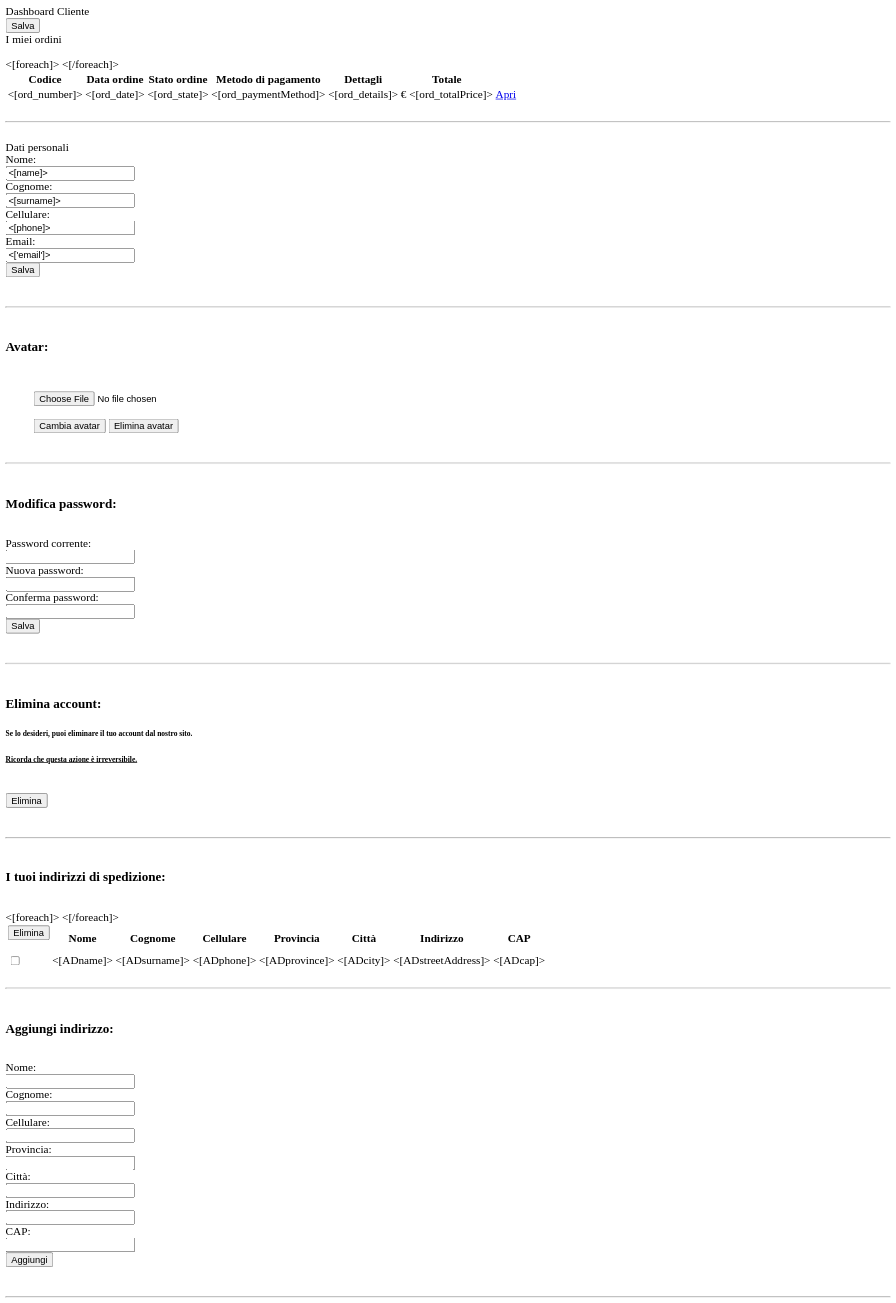
Repository: i4c0ni99/MotorShop
Page: skins/motor-html-package/motor/profile.html
These files come from the project's save history. The page is drawn as it stood at one moment and after the next save; the edit follows.
The browser window is 1280 px wide. The pictures show the whole page, at 70% of full size.

Above is the page before, as saved 2024-09-29 16:21:15.

### skins/motor-html-package/motor/profile.html
<div class="mv-site">
    <section class="main-banner mv-wrap">
        <section data-image-src="images/background/demo_bg_1920x1680.png" class="mv-banner-style-1 mv-bg-overlay-dark overlay-0-85 mv-parallax">
            <div class="page-name mv-caption-style-6">
                <div class="container">
                    <div class="mv-title-style-9"><span class="main">Dashboard Cliente</span></div>
                </div>
            </div>
        </section>
    </section>
    <!-- .main-banner -->

    <section class="mv-main-body checkout-main mv-bg-gray mv-wrap">
        <div class="container">

                <div class=".mv-btn-3d">
                    <input type="submit" value="Salva" name="edit-details-button" class=".mv-btn-3d">
                </div>

            <div class="checkout-block block-billing-address mv-mb-50">
                <div class="mv-form-style-2 mv-box-shadow-gray-1">
                    <div class="row">
                        <div class="col-sm-12 col-billing-address">
                            <div class="form-header">
                                <div class="mv-title-style-13">
                            <div class="text-main">I miei ordini</div>
                            </div>
                            </div>
<br>
<div class="table-responsive table-desi">
    <table class="all-package coupon-table table table-striped">
        <thead>
            <tr>
                <th>Codice</th>
                <th>Data ordine</th>
                <th>Stato ordine</th>
                <th>Metodo di pagamento</th>
                <th>Dettagli</th>
                <th>Totale</th>
                <th></th>
            </tr>
        </thead>
        <tbody>
            <[foreach]>
                <tr>
                    <td><[ord_number]></td>
                    <td><[ord_date]></td>
                    <td><[ord_state]></td>
                    <td><[ord_paymentMethod]></td>
                    <td><[ord_details]></td>
                    <td>€ <[ord_totalPrice]></td>
                    <td><a href="/MotorShop/my-orders.php?id=<[ord_id]>" class="btn btn-primary">Apri</a></td>
                </tr>
            <[/foreach]>
        </tbody>
    </table>
</div>
<br>
<hr>
<br>
                            <form class="needs-validation edit-details-form" novalidate method="post" action="/MotorShop/editCustomerProfile.php">
                                <div class="form-header">
                                    <div class="mv-title-style-13">
                                        <div class="text-main">Dati personali</div>
                                    </div>
                                </div>
                                <!-- .form-header -->
                                <div class="form">
                                    <div class="form-group mb-3 row">
                                        <label for="name" class="col-xl-3 col-sm-4 mb-0">Nome:</label>
                                        <div class="col-xl-8 col-sm-7">
                                            <input type="text" id="name" name="name" minlength="2" value="<[name]>" placeholder="<[name]>" required="true">
                                        </div>
                                    </div>
                                    <div class="form-group mb-3 row">
                                        <label for="surname" class="col-xl-3 col-sm-4 mb-0">Cognome:</label>
                                        <div class="col-xl-8 col-sm-7">
                                            <input type="text" id="surname" name="surname" minlength="2" value="<[surname]>" placeholder="<[surname]>" required="true">
                                        </div>
                                    </div>
                                    <div class="form-group mb-3 row">
                                        <label for="phone" class="col-xl-3 col-sm-4 mb-0">Cellulare:</label>
                                        <div class="col-xl-8 col-sm-7">
                                            <input type="text" id="phone" name="phone" pattern="[3]{1}[0-9]{9}" minlength="10" value="<[phone]>" placeholder="<[phone]>"" required="true">
                                        </div>
                                    </div>
                                    <div class="form-group mb-3 row">
                                        <label for="email" class="col-xl-3 col-sm-4 mb-0">Email:</label>
                                        <div class="col-xl-8 col-sm-7">
                                            <input type="text" id="email" name="email" minlength="6" value="<['email']>" placeholder="<[email]>" required readonly>
                                        </div>
                                    </div>
                                    <div class="offset-xl-3 offset-sm-4 mt-4">
                                        <input type="submit" value="Salva" name="edit-details-button" class="btn btn-primary">
                                    </div>
                                </div>
                                <!-- .form-body -->
                            </form>
                            <br>
                            <hr>
                            <br>
                            <h3><b>Avatar:</b></h3>
                            <br>
                            <form class="needs-validation add-avatar-form" novalidate method="post" action="/MotorShop/editCustomerProfile.php" enctype="multipart/form-data">
                                <div class="row product-adding">
                                    <div class="add-product">
                                        <div class="row">
                                            <div class="col-xl-3 xl-50 col-sm-6 col-3">
                                                <ul class="file-upload-product">
                                                    <div class="box-input-file">
                                                        <input class="upload" type="file" name="avatar">
                                                        <i class="fa fa-plus"></i>
                                                    </div>
                                                    <br>
                                                    <input type="submit" value="Cambia avatar" name="edit-avatar-button" class="btn btn-primary">
                                                    <input type="submit" value="Elimina avatar" name="delete-avatar-button" class="btn btn-primary">
                                                </ul>
                                            </div>
                                        </div>
                                    </div>
                                </div>
                            </form>
                            <br>
                            <hr>
                            <br>
                            <h3><b>Modifica password:</b></h3>
                            <br>
                            <form class="needs-validation add-product-form" novalidate method="post" action="/MotorShop/editCustomerProfile.php">
                                <div class="form">
                                    <div class="form-group mb-3 row">
                                        <label for="currentpassword" class="col-xl-3 col-sm-4 mb-0">Password corrente:</label>
                                        <div class="col-xl-8 col-sm-7">
                                            <input class="form-control" id="currentpassword" type="password" name="currentpassword" required>
                                        </div>
                                    </div>
                                    <div class="form-group mb-3 row">
                                        <label for="newpassword" class="col-xl-3 col-sm-4 mb-0">Nuova password:</label>
                                        <div class="col-xl-8 col-sm-7">
                                            <input type="password" id="newpassword" pattern="(?=.*\d)(?=.*[\W_]).{7,}" minlength="7" name="newpassword" required>
                                        </div>
                                    </div>
                                    <div class="form-group mb-3 row">
                                        <label for="confirmpassword" class="col-xl-3 col-sm-4 mb-0">Conferma password:</label>
                                        <div class="col-xl-8 col-sm-7">
                                            <input type="password" id="confirmpassword" pattern="(?=.*\d)(?=.*[\W_]).{7,}" minlength="7" name="confirmpassword" required>
                                        </div>
                                    </div>
                                    <div class="offset-xl-3 offset-sm-4 mt-4">
                                        <input type="submit" value="Salva" name="change-pass-button" class="btn btn-primary">
                                    </div>
                                </div>
                            </form>
                            <br>
                            <hr>
                            <br>
                            <h3><b>Elimina account:</b></h3>
                            <h6>Se lo desideri, puoi eliminare il tuo account dal nostro sito.</h6>
                            <h6><u><b>Ricorda che questa azione è irreversibile.</b></u></h6>
                            <br>
                            <form class="needs-validation add-product-form" novalidate method="post" action="/MotorShop/editCustomerProfile.php">
                                <input type="submit" value="Elimina" name="delete-account-button" class="btn btn-primary">
                            </form>
                            <br>
                            <hr>
                            <br>
                            <h3><b>I tuoi indirizzi di spedizione:</b></h3>
                            <br>
                            <div class="table-responsive table-desi">
                                <table class="all-package coupon-table table table-striped">
                                    <thead>
                                        <tr>
                                            <th>
                                                <form class="needs-validation delete-address-form" novalidate method="post" action="/MotorShop/editCustomerProfile.php">
                                                    <input type="submit" class="btn btn-primary add-row delete_all" name="delete-address-button" value="Elimina">
                                                </form>
                                            </th>
                                            <th>Nome</th>
                                            <th>Cognome</th>
                                            <th>Cellulare</th>
                                            <th>Provincia</th>
                                            <th>Città</th>
                                            <th>Indirizzo</th>
                                            <th>CAP</th>
                                        </tr>
                                    </thead>
                                    <tbody>
                                        <[foreach]>
                                            <tr data-row-id="<['id']>">
                                                <td>
                                                    <input class="checkbox_animated check-it" type="checkbox" name="check" value="<['id']>" id="flexCheckDefault" data-id="1">
                                                </td>
                                                <td><[ADname]></td>
                                                <td><[ADsurname]></td>
                                                <td><[ADphone]></td>
                                                <td><[ADprovince]></td>
                                                <td><[ADcity]></td>
                                                <td><[ADstreetAddress]></td>
                                                <td><[ADcap]></td>
                                            </tr>
                                        <[/foreach]>
                                    </tbody>
                                </table>
                            </div>
                            <br>
                            <hr>
                            <br>
                            <h3><b>Aggiungi indirizzo:</b></h3>
                            <br>
                            <form class="needs-validation add-product-form" novalidate method="post" action="/MotorShop/editCustomerProfile.php">
                                <div class="form">
                                    <div class="form-group mb-3 row">
                                        <label for="name" class="col-xl-3 col-sm-4 mb-0">Nome:</label>
                                        <div class="col-xl-8 col-sm-7">
                                            <input type="text" id="name" name="name" minlength="2" required="true">
                                        </div>
                                    </div>
                                    <div class="form-group mb-3 row">
                                        <label for="surname" class="col-xl-3 col-sm-4 mb-0">Cognome:</label>
                                        <div class="col-xl-8 col-sm-7">
                                            <input type="text" id="surname" name="surname" minlength="2" required="true">
                                        </div>
                                    </div>
                                    <div class="form-group mb-3 row">
                                        <label for="phone" class="col-xl-3 col-sm-4 mb-0">Cellulare:</label>
                                        <div class="col-xl-8 col-sm-7">
                                            <input type="text" id="phone" name="phone" pattern="[3]{1}[0-9]{9}" minlength="10" required="true">
                                        </div>
                                    </div>
                                    <div class="form-group mb-3 row">
                                        <label for="province" class="col-xl-3 col-sm-4 mb-0">Provincia:</label>
                                        <div class="col-xl-8 col-sm-7">
                                            <input type="text" id="province" name="province" minlength="2" required="true">
                                        </div>
                                    </div>
                                    <div class="form-group mb-3 row">
                                        <label for="city" class="col-xl-3 col-sm-4 mb-0">Città:</label>
                                        <div class="col-xl-8 col-sm-7">
                                            <input type="text" id="city" name="city" required="true" minlength="2">
                                        </div>
                                    </div>
                                    <div class="form-group mb-3 row">
                                        <label for="streetAddress" class="col-xl-3 col-sm-4 mb-0">Indirizzo:</label>
                                        <div class="col-xl-8 col-sm-7">
                                            <input type="text" id="streetAddress" name="streetAddress" minlength="3" required="true">
                                        </div>
                                    </div>
                                    <div class="form-group mb-3 row">
                                        <label for="cap" class="col-xl-3 col-sm-4 mb-0">CAP:</label>
                                        <div class="col-xl-8 col-sm-7">
                                            <input type="text" id="cap" name="cap" pattern="[0-9]{5}" required="true">
                                        </div>
                                    </div>
                                    <div class="offset-xl-3 offset-sm-4 mt-4">
                                        <input type="submit" value="Aggiungi" name="add-address-button" class="btn btn-primary">
                                    </div>
                                </div>
                                <!-- .form-body -->
                            </form>
                            <br>
                            <hr>
                        </div>
                    </div>
                </div>
            </div>
        </div>
    </section>
    <!-- .checkout-main -->
</div>
<!-- .mv-site -->

After the next save:
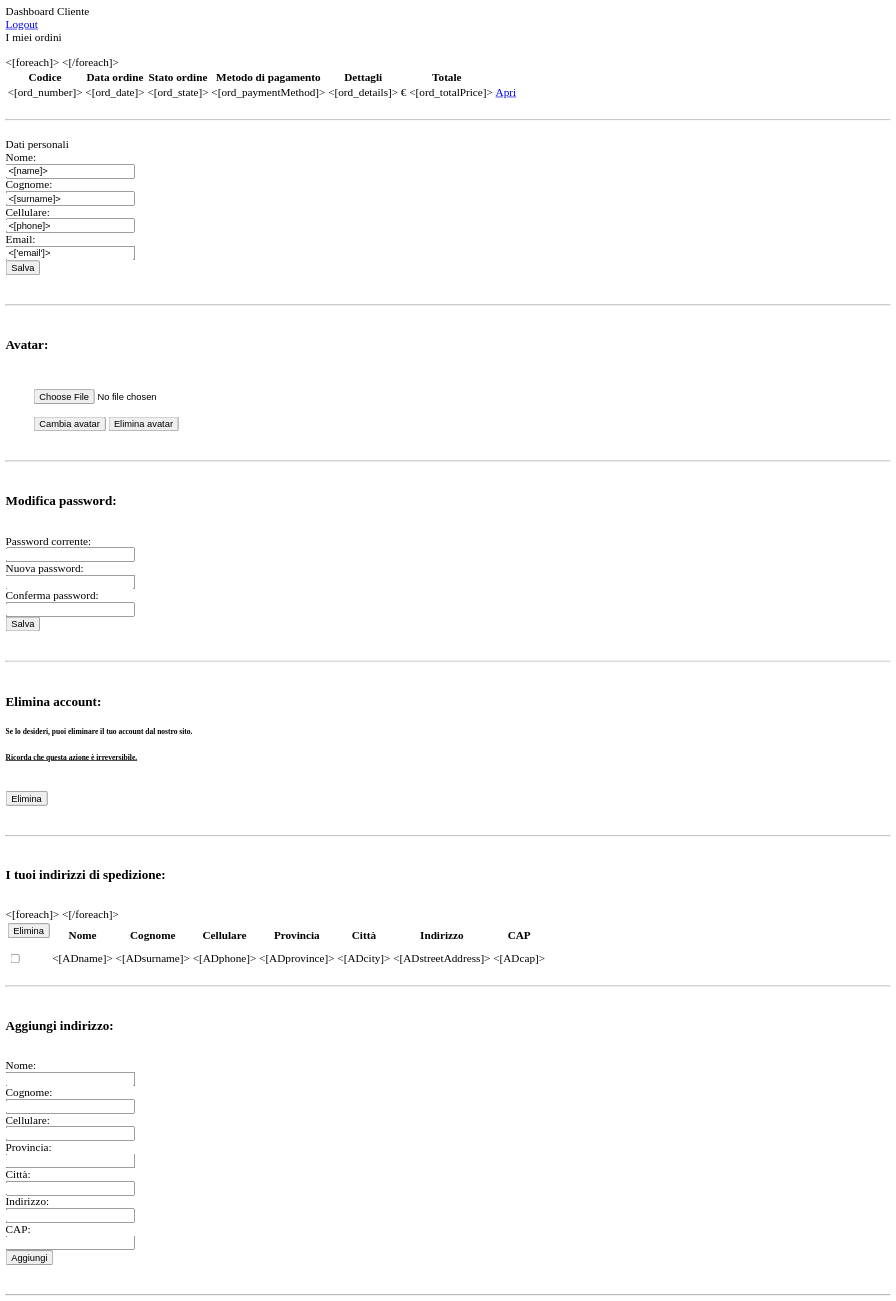
Saved 94 s later.
--- a/skins/motor-html-package/motor/profile.html
+++ b/skins/motor-html-package/motor/profile.html
@@ -13,8 +13,8 @@
     <section class="mv-main-body checkout-main mv-bg-gray mv-wrap">
         <div class="container">
 
-                <div class=".mv-btn-3d">
-                    <input type="submit" value="Salva" name="edit-details-button" class=".mv-btn-3d">
+                <div class="mv-btn-3d">
+                    <a href="/logout.php" class="mv-btn-3d">Logout</a>
                 </div>
 
             <div class="checkout-block block-billing-address mv-mb-50">
